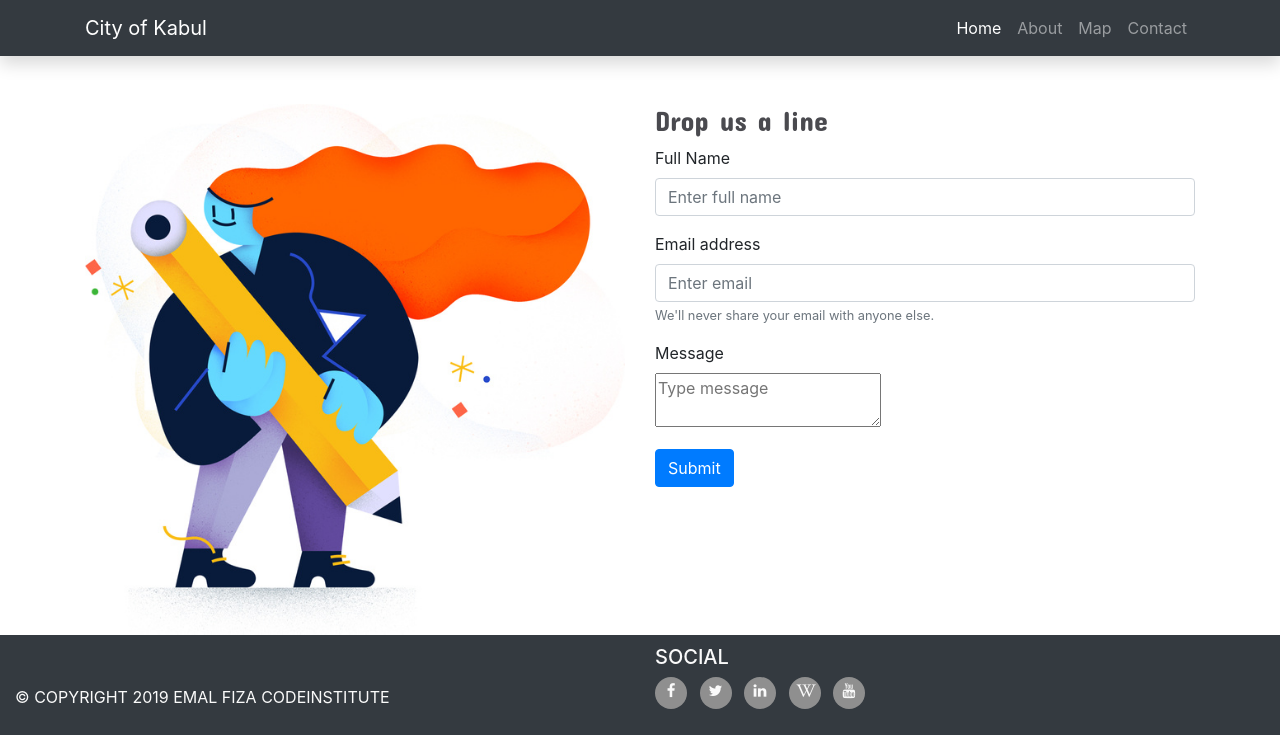
Repository: emalfiza/project-kabul
Page: contact.html
The author's editor kept a record of every edit. The page is drawn from the files as they stood at one moment, then again after the next edit.
The browser window is 1280 px wide. The pictures show the whole page.

Above is the page before.

After the next edit:
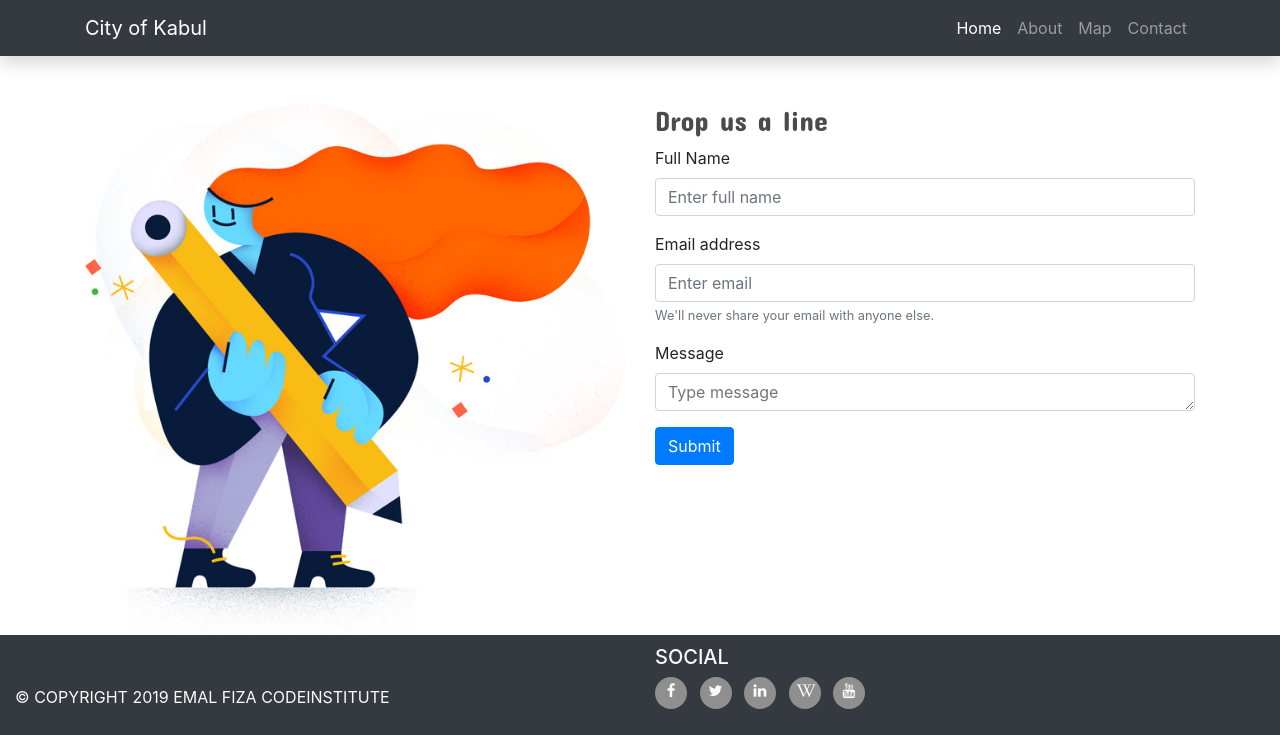
The edit:
--- a/contact.html
+++ b/contact.html
@@ -64,7 +64,7 @@
               <div class="form-group">
                 <label for="message">Message</label>
                 <br>
-                <textarea type="text" id="message" name="text" placeholder="Type message"></textarea>
+                <textarea type="text" class="message" id="message" name="text" placeholder="Type message"></textarea>
               </div>
               <button type="submit" class="btn btn-primary">Submit</button>
             </form>
